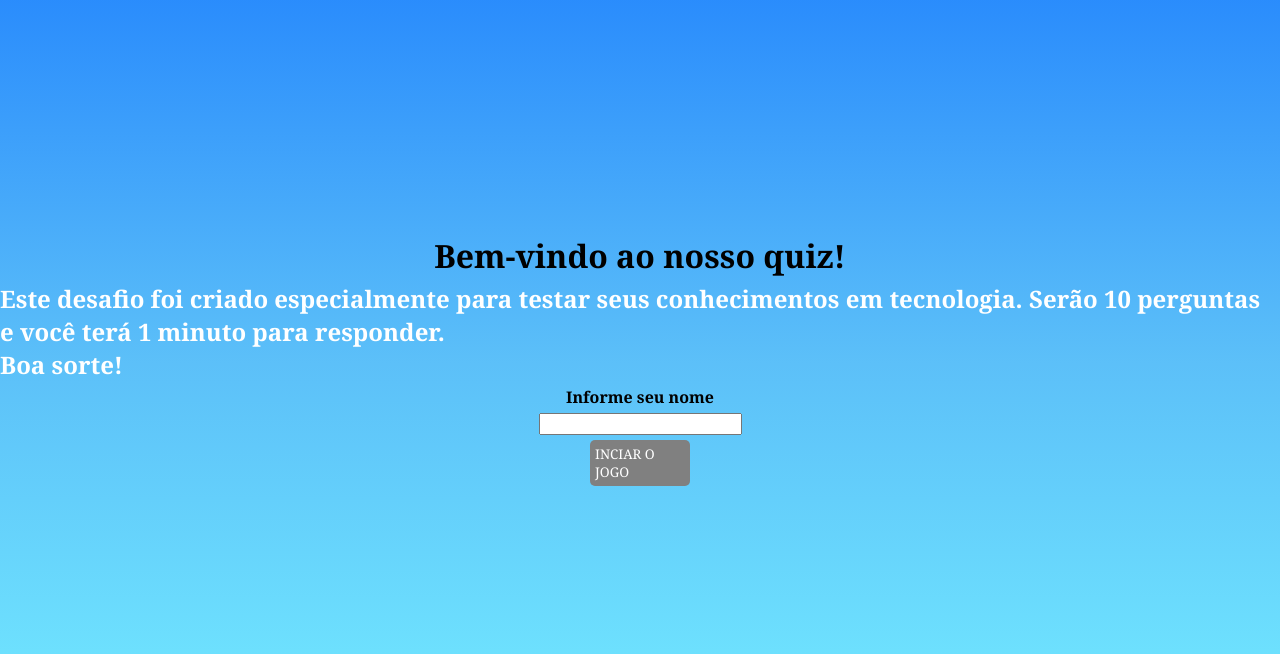
Repository: LaisSilvaO/Projeto-Quizz
Page: telas/apresentação.html
These files come from the project's save history. The page is drawn as it stood at one moment and after the next save; the edit follows.
The browser window is 1280 px wide. The pictures show the whole page.

Above is the page before, as saved 2024-12-24 14:35:55.

### telas/apresentação.html
<!DOCTYPE html>
<html lang="pt-br">
<head>
    <meta charset="UTF-8">
    <meta name="viewport" content="width=device-width, initial-scale=1.0">
    <title>Quiz</title>
    <link rel="stylesheet" href="../img/tela.css">
</head>
<body>
    <H1> Bem-vindo ao nosso quiz!</H1>

<h2>Este desafio foi criado especialmente para testar seus conhecimentos em tecnologia.
    Serão 10 perguntas e você terá 1 minuto para responder.
    <P> Boa sorte!</P></h2>
<h4>Informe seu nome  </h4>
<input type="text" id="nome" >
<A href="index.html"><h4><button>INCIAR O JOGO</button></h4></A>


</body>
</html>

### img/tela.css
* {
  margin: 0;
  padding: 0;
  box-sizing: border-box;
  font-family: Cambria, Cochin, Georgia, Times, 'Times New Roman', serif;
}

body {
  height: 100vh;
  display: flex;
  justify-content: center;
  flex-direction: column;
  flex-wrap: wrap;
  align-items: center;
  gap: 5px;
  background: linear-gradient(180deg, rgba(19, 128, 252, 0.9) 0%, rgba(80, 187, 248, 0.932), rgba(103, 230, 255, 0.932) 100%);
}

body h2 {
  color: white;
}

main {
  background-color: white;
  padding: 10px;
  border-radius: 10px;
  width: 100%;
  max-width: 600px;
  min-height: 400px;
  display:flex;
  align-items: center;
  justify-content: center;
}

.content {
  display: flex;
  flex-direction: column;
  width: 100px;
  gap: 10px;
}

.qtddquestao {
  text-align: end;
}

.resposta {
  display: flex;
  flex-direction: column;
  gap: 5px;
}

button {
  width: 100px;
  text-align: start;
  padding: 5px;
  border: none;
  border-radius: 5px;
  cursor: pointer;
  background-color: grey;
  color: white;
}

.final {
  display: none;
  flex-direction: column;
  gap: 10px;
}

After the next save:
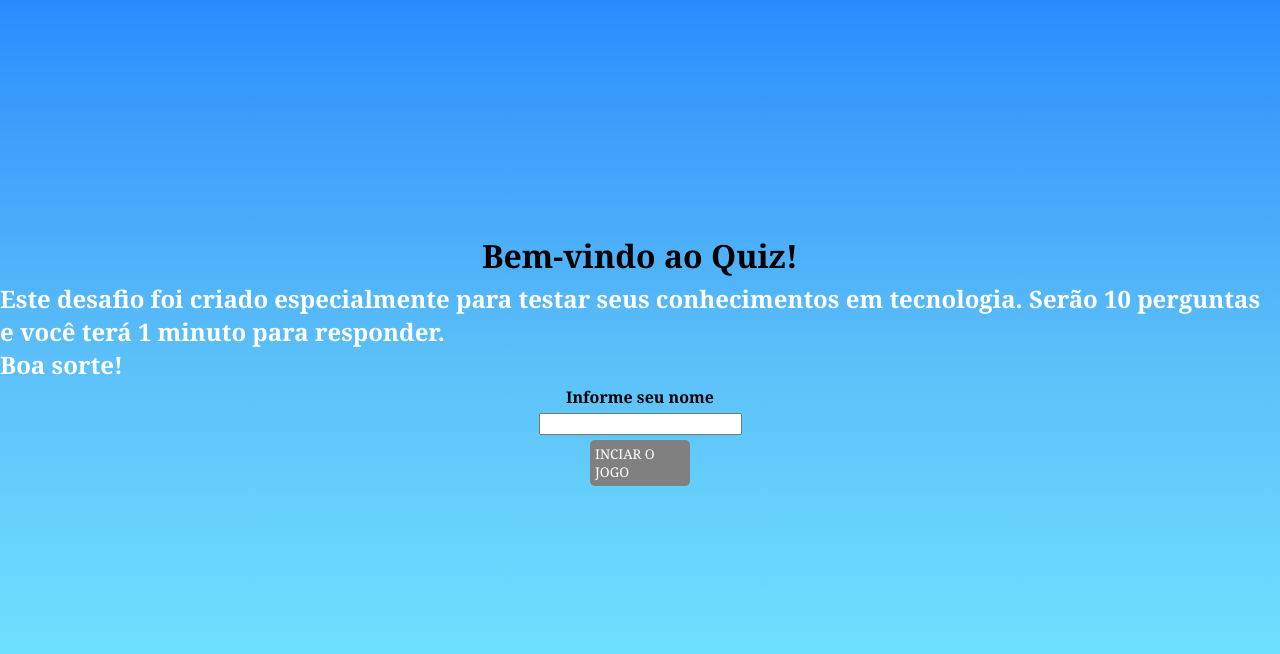
Saved 24 min 47 s later.
--- a/telas/apresentação.html
+++ b/telas/apresentação.html
@@ -7,7 +7,7 @@
     <link rel="stylesheet" href="../img/tela.css">
 </head>
 <body>
-    <H1> Bem-vindo ao nosso quiz!</H1>
+    <H1> Bem-vindo ao Quiz!</H1>
 
 <h2>Este desafio foi criado especialmente para testar seus conhecimentos em tecnologia.
     Serão 10 perguntas e você terá 1 minuto para responder.
